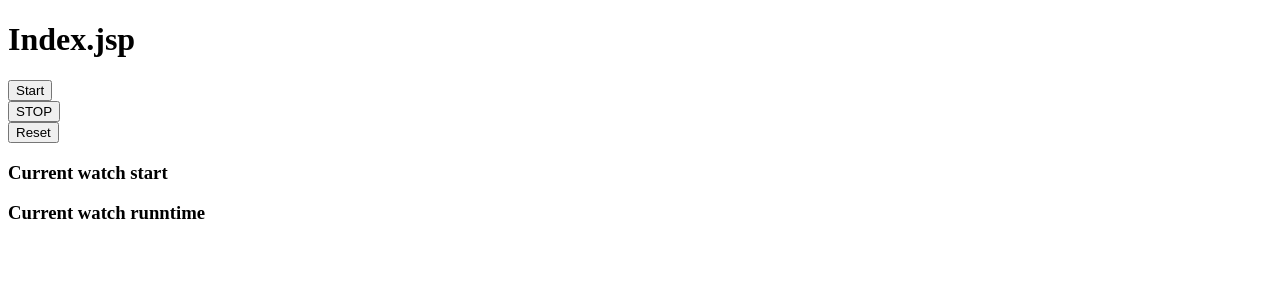
Repository: dwzukowski/Java
Page: http://localhost/stopwatch/
An editor plug-in stored every save of this project. The page is shown before and after the next save, followed by the edit.
The browser window is 1280 px wide. The pictures show the whole page.
The page is served by Tomcat 9. Other server files are loaded and not shown.

Above is the page before, as saved 2017-07-13 00:32:59.

### JavaOnTheWeb/Stopwatch/stopwatch/WebContent/WEB-INF/views/index.jsp
<%@ taglib prefix="c" uri="http://java.sun.com/jsp/jstl/core" %>
<%@ page language="java" contentType="text/html; charset=ISO-8859-1"
    pageEncoding="ISO-8859-1"%>
<!DOCTYPE html PUBLIC "-//W3C//DTD HTML 4.01 Transitional//EN" "http://www.w3.org/TR/html4/loose.dtd">
<html>
<head>
<meta http-equiv="Content-Type" content="text/html; charset=ISO-8859-1">
<title>Insert title here</title>
</head>
<body>
<h1> Index.jsp </h1>
	<a href="/stopwatch/start"><button>Start</button></a>
	<br>
	<a href="/stopwatch/stop"><button>STOP</button></a>
	<br>
	<a href="/stopwatch/reset"><button>Reset</button></a>
	<br>
	<h3> Current watch start</h3>
	<c:out value="${currentWatch.getStartTime()}"/>

	<h3> Current watch runntime</h3>
	<c:out value="${currentWatch.runtime()}"/>

	<c:forEach var="watch" items="${allTheWatches}">
    	<h3><c:out value="${watch.getStartTime()}"/></h3>
    	<br>
	</c:forEach>
</body>
</html>

### JavaOnTheWeb/Stopwatch/stopwatch/src/com/dave/stopwatch/controllers/Stopwatch.java
package com.dave.stopwatch.controllers;

import java.io.IOException;

import javax.servlet.RequestDispatcher;
import javax.servlet.ServletException;
import javax.servlet.http.HttpServlet;
import javax.servlet.http.HttpServletRequest;
import javax.servlet.http.HttpServletResponse;

/**
 * Servlet implementation class Stopwatch
 */

public class Stopwatch extends HttpServlet {
	private static final long serialVersionUID = 1L;

    /**
     * @see HttpServlet#HttpServlet()
     */
    public Stopwatch() {
        super();
        // TODO Auto-generated constructor stub
    }

	/**
	 * @see HttpServlet#doGet(HttpServletRequest request, HttpServletResponse response)
	 */
	protected void doGet(HttpServletRequest request, HttpServletResponse response) throws ServletException, IOException {
		// TODO Auto-generated method stub

		RequestDispatcher view = request.getRequestDispatcher("/WEB-INF/views/index.jsp");
		view.forward(request, response);
	}

	/**
	 * @see HttpServlet#doPost(HttpServletRequest request, HttpServletResponse response)
	 */
	protected void doPost(HttpServletRequest request, HttpServletResponse response) throws ServletException, IOException {
		// TODO Auto-generated method stub
		doGet(request, response);
	}

}

After the next save:
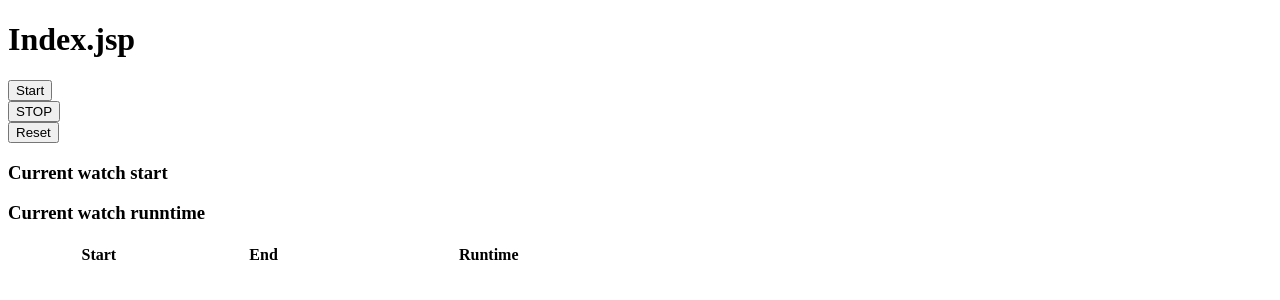
Saved 6 min 28 s later.
--- a/JavaOnTheWeb/Stopwatch/stopwatch/WebContent/WEB-INF/views/index.jsp
+++ b/JavaOnTheWeb/Stopwatch/stopwatch/WebContent/WEB-INF/views/index.jsp
@@ -20,10 +20,22 @@
 
 	<h3> Current watch runntime</h3>
 	<c:out value="${currentWatch.runtime()}"/>
+<table style="width:50%">
+  <tr>
+    <th>Start</th>
+    <th>End</th>
+    <th>Runtime</th>
+  </tr>
+ 	<c:forEach var="watch" items="${allTheWatches}">
+  <tr>
+    <td><c:out value="${watch.getStartTime()}"/></td>
+    <td><c:out value="${watch.getEndTime()}"/></td>
+    <td><c:out value="${watch.getStartTime()}"/></td>
+  </tr>
+	</c:forEach>
 
-	<c:forEach var="watch" items="${allTheWatches}">
-    	<h3><c:out value="${watch.getStartTime()}"/></h3>
-    	<br>
-	</c:forEach>
+</table>
+
+
 </body>
 </html>
